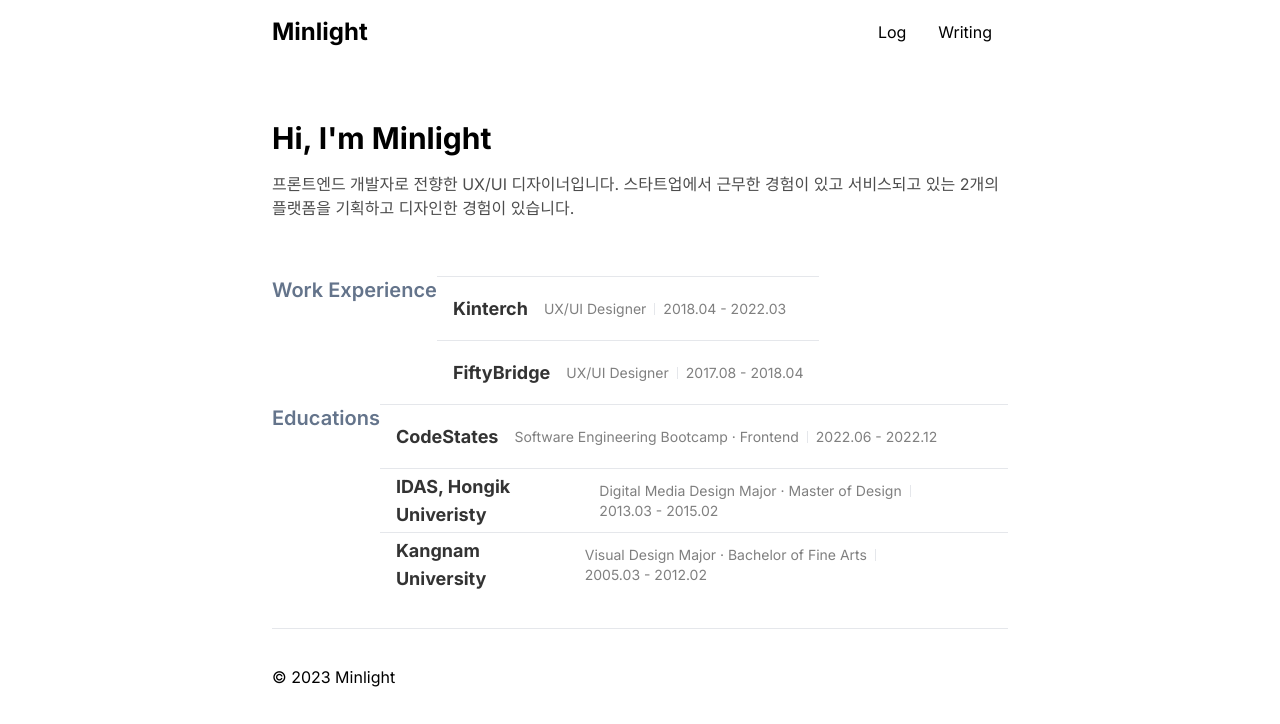
Repository: kwngmin/minlight-log
Page: /
An editor plug-in stored every save of this project. The page is shown before and after a run of saves, followed by the edit.
The browser window is 1280 px wide. The pictures show the whole page.
The project was rebuilt for these pictures with package versions that can differ from the ones it lists, and the page was loaded fresh each time. The framework's server and built-in components were replaced by stand-ins that run in the browser. Also part of the build but not shown: next.config.js.

Above is the page before, as saved 2023-04-04 16:36:27.

After the next 2 saves:
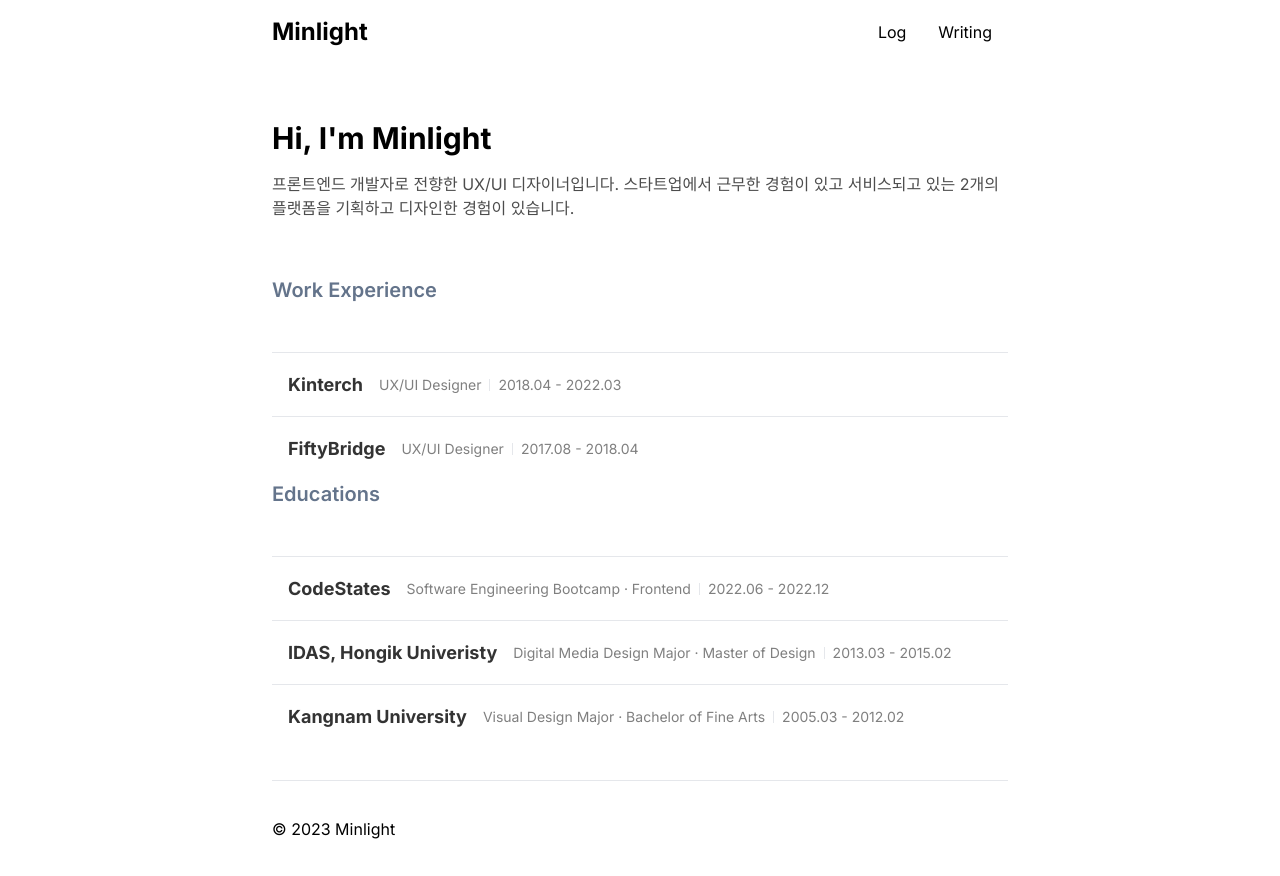
The 2 saves are shown as one change because they came seconds apart.
The last was saved 9 s later.
--- a/src/components/Table.tsx
+++ b/src/components/Table.tsx
@@ -9,7 +9,7 @@ type Props = {
 
 export default function Table({ tableData, subject }: Props) {
   return (
-    <article className="flex ">
+    <article className="flex flex-col gap-8">
       <h2 className="text-left text-xl font-semibold text-slate-500 pb-4">
         {subject}
       </h2>
